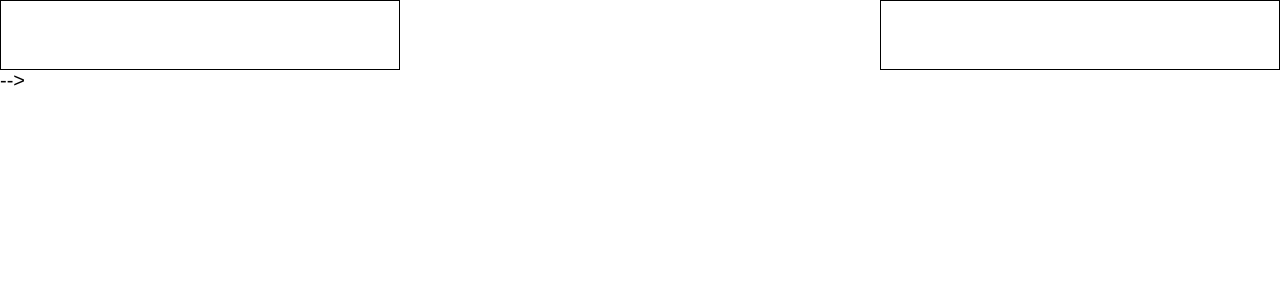
Repository: fyt2020/pubilcDemlo
Page: /#/
These files come from the project's save history. The page is drawn as it stood at one moment and after the next save; the edit follows.
The browser window is 1280 px wide. The pictures show the whole page.
The project was rebuilt for these pictures with package versions that can differ from the ones it lists, and the page was loaded fresh each time.

Above is the page before, as saved 2020-04-27 11:41:13.

After the next save:
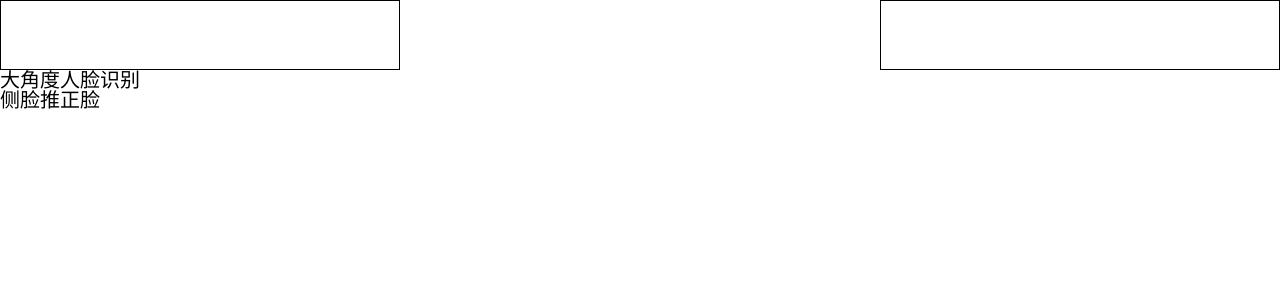
Saved 8 s later.
--- a/src/pages/Home.vue
+++ b/src/pages/Home.vue
@@ -7,12 +7,12 @@
            <div class="header__left"></div>
            <div class="header__right"></div>
       </div>
-      <!-- <!-- <div class="navigation">
+      <div class="navigation">
             <router-link tag="li" to="{name:'bigAngle'}">大角度人脸识别</router-link>
             <router-link tag="li" to="{name:'bigAngle'}">侧脸推正脸</router-link>
-      </div> -->
+      </div>
 
-      <div class="content">
+      <!-- <div class="content">
               <router-view />
       </div> -->
   </div>
